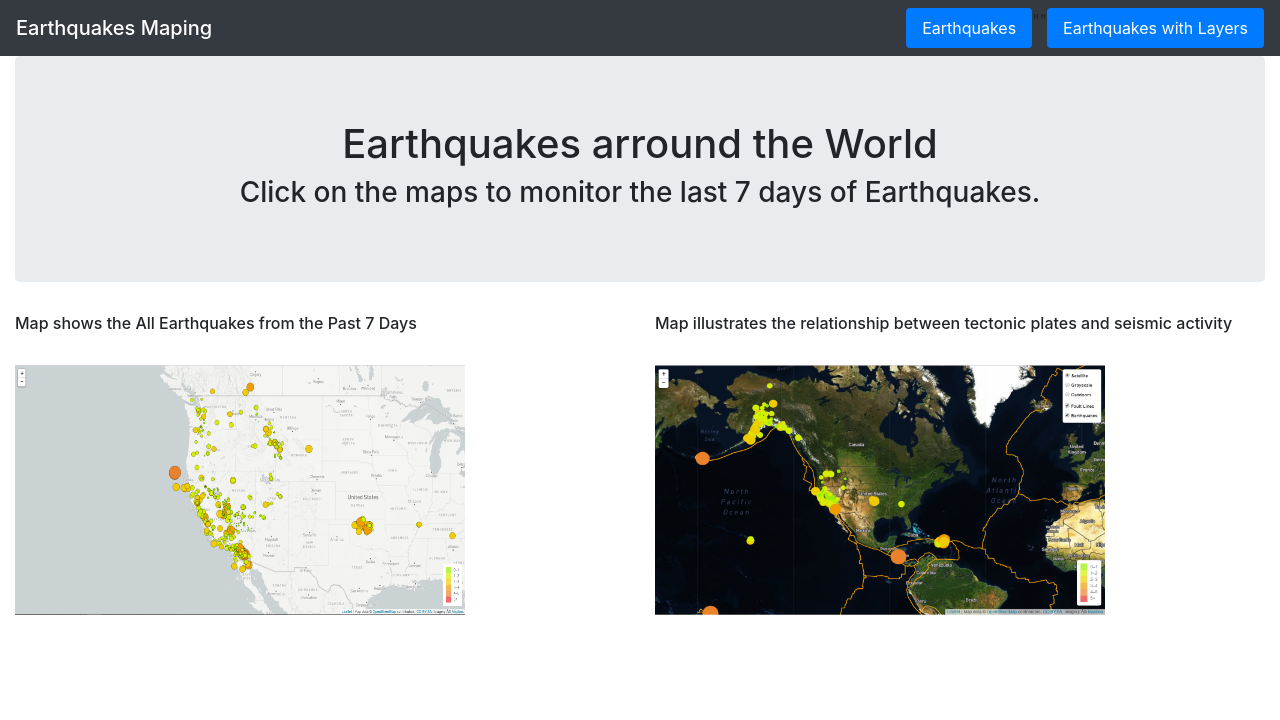
Repository: ermiasgelaye/leaflet-challenge
Page: index.html
An editor plug-in stored every save of this project. The page is shown before and after the next save, followed by the edit.
The browser window is 1280 px wide. The pictures show the whole page.

Above is the page before, as saved 2020-09-18 22:32:29.

After the next save:
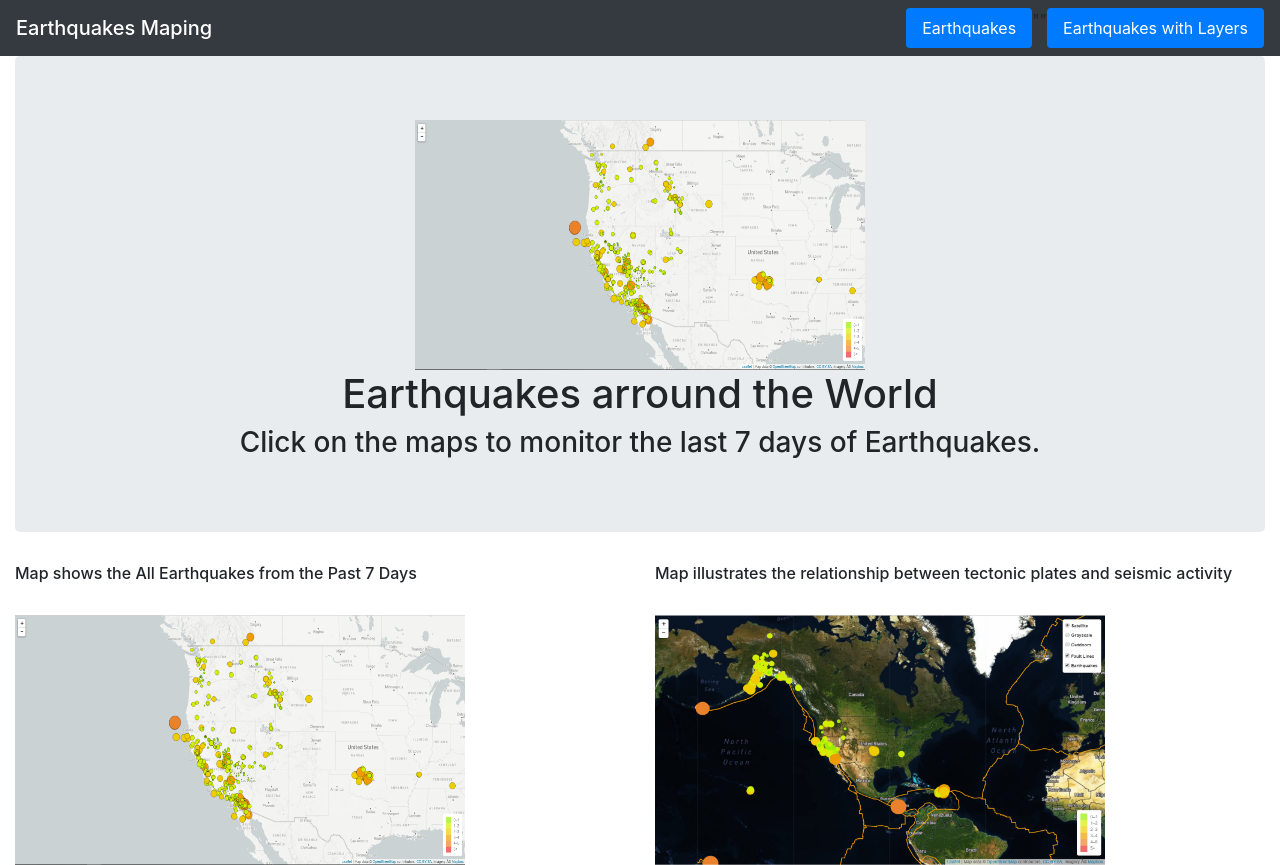
Saved 48 s later.
--- a/index.html
+++ b/index.html
@@ -37,6 +37,8 @@
     </nav>
     <div  class="container-fluid">
       <div class="jumbotron text-center">
+        <a href="Leaflet-Step-1/step-1.html"><img src="images/2-BasicMap.png" alt="Mapping without Layers" width="450"
+            height="250" /></a>
         <h1>Earthquakes arround the World</h1>
         <h3>
           Click on the maps to monitor the last 7 days of Earthquakes.

After the 2 saves that followed:
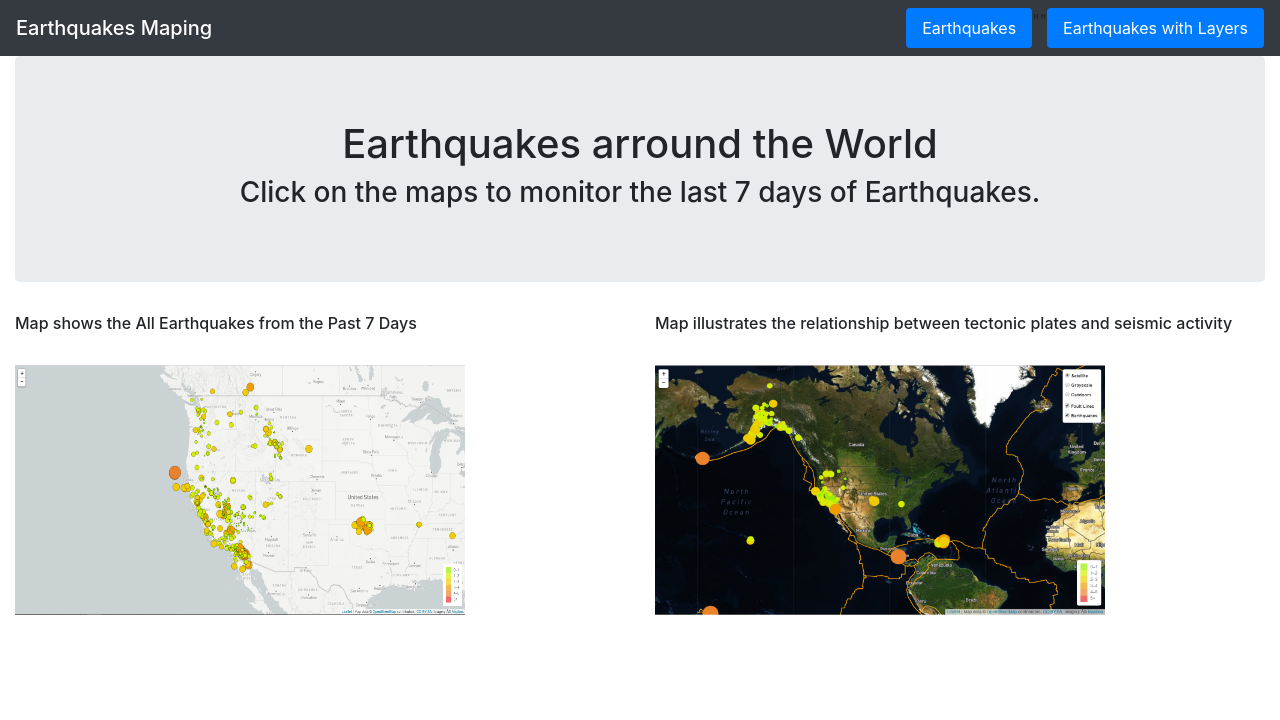
The 2 saves are shown as one change because 1 left the picture as it was.
The last was saved 63 s later.
--- a/index.html
+++ b/index.html
@@ -37,7 +37,7 @@
     </nav>
     <div  class="container-fluid">
       <div class="jumbotron text-center">
-        <a href="Leaflet-Step-1/step-1.html"><img src="images/2-BasicMap.png" alt="Mapping without Layers" width="450"
+        <a <img src="images/2-BasicMap.png"  width="450"
             height="250" /></a>
         <h1>Earthquakes arround the World</h1>
         <h3>
